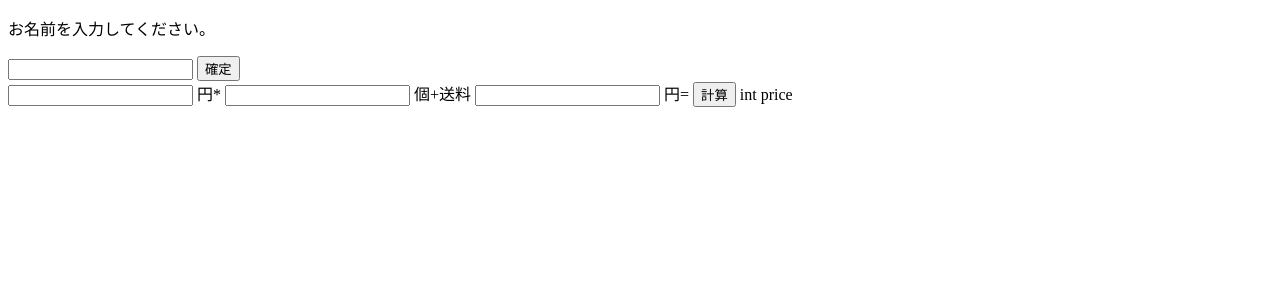
Repository: shimizuyusuke/backup
Page: http://localhost/HelloJSP/
An editor plug-in stored every save of this project. The page is shown before and after the next save, followed by the edit.
The browser window is 1280 px wide. The pictures show the whole page.
The page is served by Tomcat 9.

Above is the page before, as saved 2018-01-15 08:07:53.

After the next save:
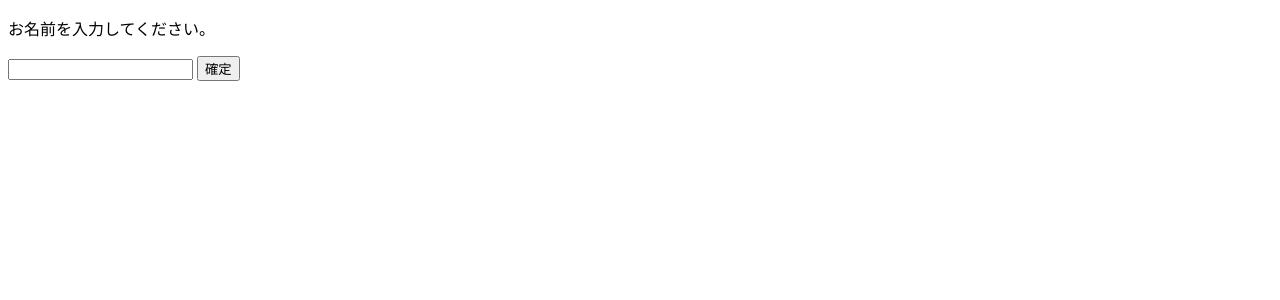
Saved 2 min 6 s later.
--- a/HelloJSP/WebContent/index.jsp
+++ b/HelloJSP/WebContent/index.jsp
@@ -16,24 +16,5 @@
 </form>
 
 
-
-
-<form method="post" action="total-out.jsp">
-<input type="text" name="price">
-円*
-<input type="text" name="count">
-個+送料
-<input type="text" name="delivery">
-円=
-<input type="submit" value="計算">
-
-<%@page errorPage="total-error.jps" %>
-<%
-request.setCharacterEncoding("UTF-8");%>
-int price
-
-</form>
-
-
 </body>
 </html>
